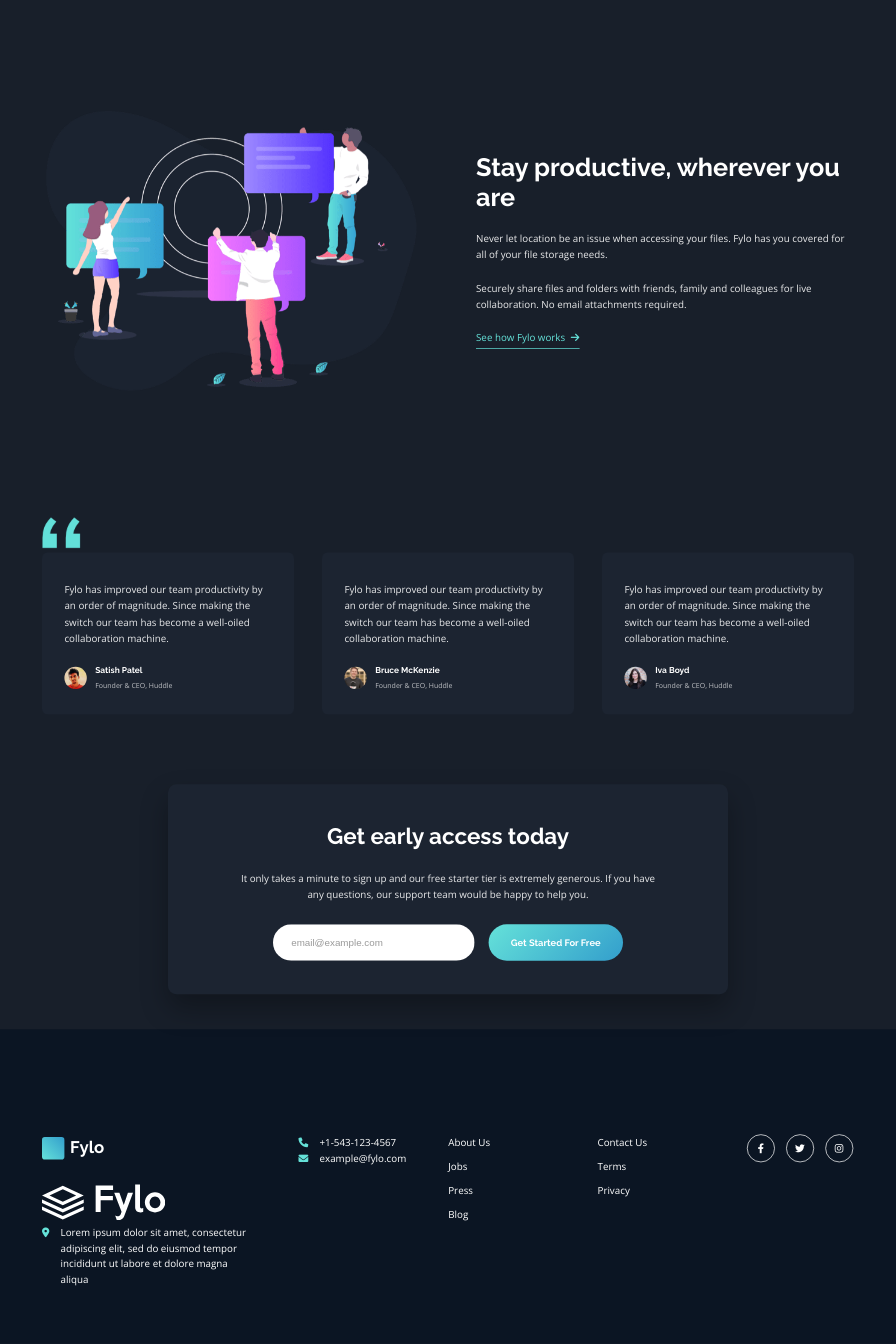
Repository: blordeus/fylo-dark-theme-landing-page
Page: index.html
The author's editor kept a copy of each file at every save. The page is drawn from the files as they stood at one save, then again after the next save.
The browser window is 1280 px wide. The pictures show the part of the page from y = 1688 to 3608 px (the page is 3608 px tall before and 3537 px after), at 70% of full size.

Above is the page before, as saved 2025-07-01 19:45:30.

### index.html
<!DOCTYPE html>
<html lang="en">
<head>
    <meta charset="UTF-8">
    <meta name="viewport" content="width=device-width, initial-scale=1.0">
    <title>Fylo - All your files in one secure location</title>
    <link href="https://fonts.googleapis.com/css2?family=Raleway:wght@400;700&family=Open+Sans:wght@400;700&display=swap" rel="stylesheet">
    <link rel="stylesheet" href="styles.css">
    <link rel="stylesheet" href="https://cdnjs.cloudflare.com/ajax/libs/font-awesome/6.0.0/css/all.min.css">
    <style>

    </style>
</head>
<body>
    <!-- Header -->
    <header class="header">
        <div class="container">
            <nav class="nav">
                  <img src="images/logo.svg" alt="">
                <ul class="nav-links">
                    <li><a href="#features">Features</a></li>
                    <li><a href="#team">Team</a></li>
                    <li><a href="#signin">Sign In</a></li>
                </ul>
                <div class="hamburger" id="hamburger">
                    <span></span>
                    <span></span>
                    <span></span>
                </div>
            </nav>
        </div>

        <!-- Mobile Menu -->
        <div class="mobile-overlay" id="mobileOverlay"></div>
        <div class="mobile-menu" id="mobileMenu">
            <ul class="nav-links">
                <li><a href="#features">Features</a></li>
                <li><a href="#team">Team</a></li>
                <li><a href="#signin">Sign In</a></li>
            </ul>
        </div>
    </header>

    <!-- Hero Section -->
    <section class="hero">
        <div class="container">
            <div class="hero-illustration"></div>
            <h1>All your files in one secure location, accessible anywhere.</h1>
            <p>Fylo stores all your most important files in one secure location. Access them wherever you need, share and collaborate with friends family, and co-workers.</p>
            <a href="#" class="btn">Get Started</a>
        </div>
    </section>

    <!-- Features Section -->
    <section class="features" id="features">
        <div class="container">
            <div class="features-grid">
                <div class="feature">
                    <img src="images/icon-access-anywhere.svg" alt="">
                    <h3>Access your files, anywhere</h3>
                    <p>The ability to use a smartphone, tablet, or computer to access your account means your files follow you everywhere.</p>
                </div>
                <div class="feature">
                    <img src="images/icon-security.svg" alt="">
                    <h3>Security you can trust</h3>
                    <p>2-factor authentication and user-controlled encryption are just a couple of the security features we allow to help secure your files.</p>
                </div>
                <div class="feature">
                    <img src="images/icon-collaboration.svg" alt="">
                    <h3>Real-time collaboration</h3>
                    <p>Securely share files and folders with friends, family and colleagues for live collaboration. No email attachments required.</p>
                </div>
                <div class="feature">
                    <img src="images/icon-any-file.svg" alt="">
                    <h3>Store any type of file</h3>
                    <p>Whether you're sharing holidays photos or work documents, Fylo has you covered allowing for all file types to be securely stored and shared.</p>
                </div>
            </div>
        </div>
    </section>

    <!-- Productive Section -->
    <section class="productive">
        <div class="container">
            <div class="productive-content">
                <div class="productive-illustration"></div>
                <div class="productive-text">
                    <h2>Stay productive, wherever you are</h2>
                    <p>Never let location be an issue when accessing your files. Fylo has you covered for all of your file storage needs.</p>
                    <p>Securely share files and folders with friends, family and colleagues for live collaboration. No email attachments required.</p>
                    <a href="#" class="productive-link">
                        See how Fylo works
                        <i class="fas fa-arrow-right"></i>
                    </a>
                </div>
            </div>
        </div>
    </section>

    <!-- Testimonials -->
    <section class="testimonials" id="team">
        <div class="container">
           <img src="images/bg-quotes.png" alt="">
            <div class="testimonials-grid">
                <div class="testimonial">
                    <p>Fylo has improved our team productivity by an order of magnitude. Since making the switch our team has become a well-oiled collaboration machine.</p>
                    <div class="testimonial-author">
                        <div class="author-avatar avatar-1"></div>
                        <div class="author-info">
                            <h4>Satish Patel</h4>
                            <p>Founder & CEO, Huddle</p>
                        </div>
                    </div>
                </div>
                <div class="testimonial">
                    <p>Fylo has improved our team productivity by an order of magnitude. Since making the switch our team has become a well-oiled collaboration machine.</p>
                    <div class="testimonial-author">
                        <div class="avatar-2"></div>
                        <div class="author-info">
                            <h4>Bruce McKenzie</h4>
                            <p>Founder & CEO, Huddle</p>
                        </div>
                    </div>
                </div>
                <div class="testimonial">
                    <p>Fylo has improved our team productivity by an order of magnitude. Since making the switch our team has become a well-oiled collaboration machine.</p>
                    <div class="testimonial-author">
                        <div class="avatar-3"></div>
                        <div class="author-info">
                            <h4>Iva Boyd</h4>
                            <p>Founder & CEO, Huddle</p>
                        </div>
                    </div>
                </div>
            </div>
        </div>
    </section>

    <!-- CTA Section -->
    <section class="cta">
        <div class="container">
            <div class="cta-box">
                <h2>Get early access today</h2>
                <p>It only takes a minute to sign up and our free starter tier is extremely generous. If you have any questions, our support team would be happy to help you.</p>
                <form class="cta-form" id="ctaForm">
                    <div class="input-container">
                        <input type="email" class="cta-input" id="emailInput" placeholder="email@example.com" required>
                        <div class="error-message" id="errorMessage"></div>
                        <div class="success-message" id="successMessage"></div>
                    </div>
                    <button type="submit" class="btn-cta" id="submitBtn">Get Started For Free</button>
                </form>
            </div>
        </div>
    </section>

    <!-- Footer -->
    <footer class="footer">
        <div class="container">
            <div class="footer-content">
                <div>
                    <div class="footer-logo">Fylo</div>
                    <img src="./images/logo.svg" alt="">
                    <div class="footer-info">
                        <div class="contact-item">
                            <i class="fas fa-map-marker-alt"></i>
                            <p>Lorem ipsum dolor sit amet, consectetur adipiscing elit, sed do eiusmod tempor incididunt ut labore et dolore magna aliqua</p>
                        </div>
                    </div>
                </div>
                <div>
                    <div class="contact-item">
                        <i class="fas fa-phone"></i>
                        <p>+1-543-123-4567</p>
                    </div>
                    <div class="contact-item">
                        <i class="fas fa-envelope"></i>
                        <p>example@fylo.com</p>
                    </div>
                </div>
                <div>
                    <ul class="footer-links">
                        <li><a href="#">About Us</a></li>
                        <li><a href="#">Jobs</a></li>
                        <li><a href="#">Press</a></li>
                        <li><a href="#">Blog</a></li>
                    </ul>
                </div>
                <div>
                    <ul class="footer-links">
                        <li><a href="#">Contact Us</a></li>
                        <li><a href="#">Terms</a></li>
                        <li><a href="#">Privacy</a></li>
                    </ul>
                </div>
                <div>
                    <div class="footer-social">
                        <a href="#" class="social-link">
                            <i class="fab fa-facebook-f"></i>
                        </a>
                        <a href="#" class="social-link">
                            <i class="fab fa-twitter"></i>
                        </a>
                        <a href="#" class="social-link">
                            <i class="fab fa-instagram"></i>
                        </a>
                    </div>
                </div>
            </div>
        </div>
    </footer>

    <script>
        // Mobile Menu Toggle
        const hamburger = document.getElementById('hamburger');
        const mobileMenu = document.getElementById('mobileMenu');
        const mobileOverlay = document.getElementById('mobileOverlay');
        const mobileNavLinks = document.querySelectorAll('.mobile-menu .nav-links a');

        function toggleMobileMenu() {
            hamburger.classList.toggle('active');
            mobileMenu.classList.toggle('active');
            mobileOverlay.classList.toggle('active');
            document.body.style.overflow = mobileMenu.classList.contains('active') ? 'hidden' : 'auto';
        }

        function closeMobileMenu() {
            hamburger.classList.remove('active');
            mobileMenu.classList.remove('active');
            mobileOverlay.classList.remove('active');
            document.body.style.overflow = 'auto';
        }

        hamburger.addEventListener('click', toggleMobileMenu);
        mobileOverlay.addEventListener('click', closeMobileMenu);

        // Close mobile menu when clicking nav links
        mobileNavLinks.forEach(link => {
            link.addEventListener('click', closeMobileMenu);
        });

        // Close mobile menu on escape key
        document.addEventListener('keydown', (e) => {
            if (e.key === 'Escape') {
                closeMobileMenu();
            }
        });

        // Form Validation
        const ctaForm = document.getElementById('ctaForm');
        const emailInput = document.getElementById('emailInput');
        const errorMessage = document.getElementById('errorMessage');
        const successMessage = document.getElementById('successMessage');
        const submitBtn = document.getElementById('submitBtn');

        function validateEmail(email) {
            const emailRegex = /^[^\s@]+@[^\s@]+\.[^\s@]+$/;
            return emailRegex.test(email);
        }

        function showError(message) {
            emailInput.classList.add('error');
            emailInput.classList.remove('success');
            errorMessage.textContent = message;
            errorMessage.classList.add('show');
            successMessage.classList.remove('show');
        }

        function showSuccess(message) {
            emailInput.classList.add('success');
            emailInput.classList.remove('error');
            successMessage.textContent = message;
            successMessage.classList.add('show');
            errorMessage.classList.remove('show');
        }

        function clearMessages() {
            emailInput.classList.remove('error', 'success');
            errorMessage.classList.remove('show');
            successMessage.classList.remove('show');
        }

        // Real-time validation
        emailInput.addEventListener('input', () => {
            const email = emailInput.value.trim();

            if (email === '') {
                clearMessages();
            } else if (!validateEmail(email)) {
                showError('Please enter a valid email address');
            } else {
                showSuccess('Email looks good!');
            }
        });

        // Form submission
        ctaForm.addEventListener('submit', (e) => {
            e.preventDefault();

            const email = emailInput.value.trim();

            if (email === '') {
                showError('Email address is required');
                emailInput.focus();
                return;
            }

            if (!validateEmail(email)) {
                showError('Please enter a valid email address');
                emailInput.focus();
                return;
            }

            // Simulate form submission
            submitBtn.textContent = 'Submitting...';
            submitBtn.disabled = true;

            setTimeout(() => {
                showSuccess('Thank you! We\'ll be in touch soon.');
                emailInput.value = '';
                submitBtn.textContent = 'Get Started For Free';
                submitBtn.disabled = false;

                setTimeout(() => {
                    clearMessages();
                }, 3000);
            }, 1500);
        });

        // Clear validation on focus
        emailInput.addEventListener('focus', () => {
            if (emailInput.value.trim() === '') {
                clearMessages();
            }
        });
    </script>
</body>
</html>

Loaded but not shown: styles.css (674 lines, source omitted)

After the next save:
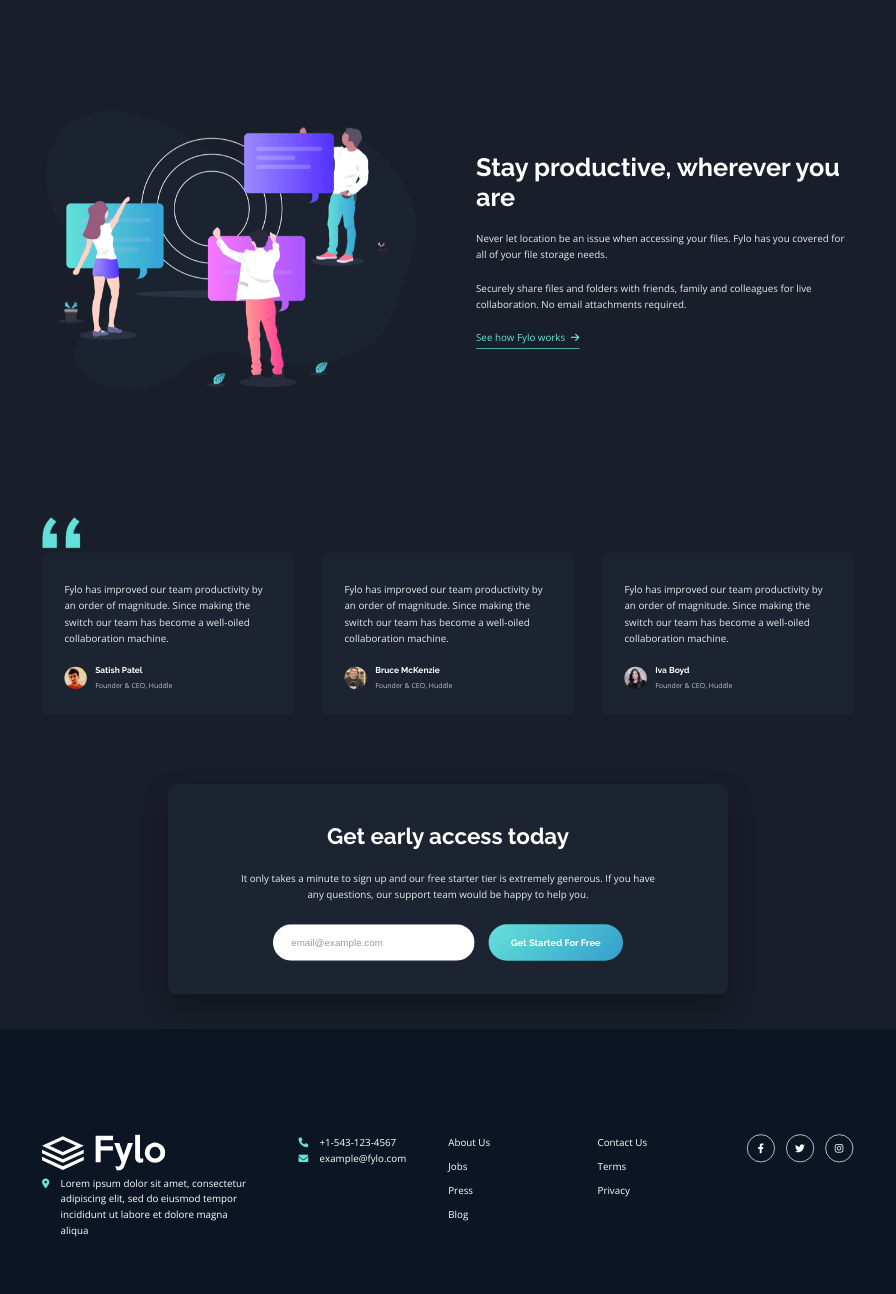
Saved 6 s later.
--- a/index.html
+++ b/index.html
@@ -159,7 +159,6 @@
         <div class="container">
             <div class="footer-content">
                 <div>
-                    <div class="footer-logo">Fylo</div>
                     <img src="./images/logo.svg" alt="">
                     <div class="footer-info">
                         <div class="contact-item">
